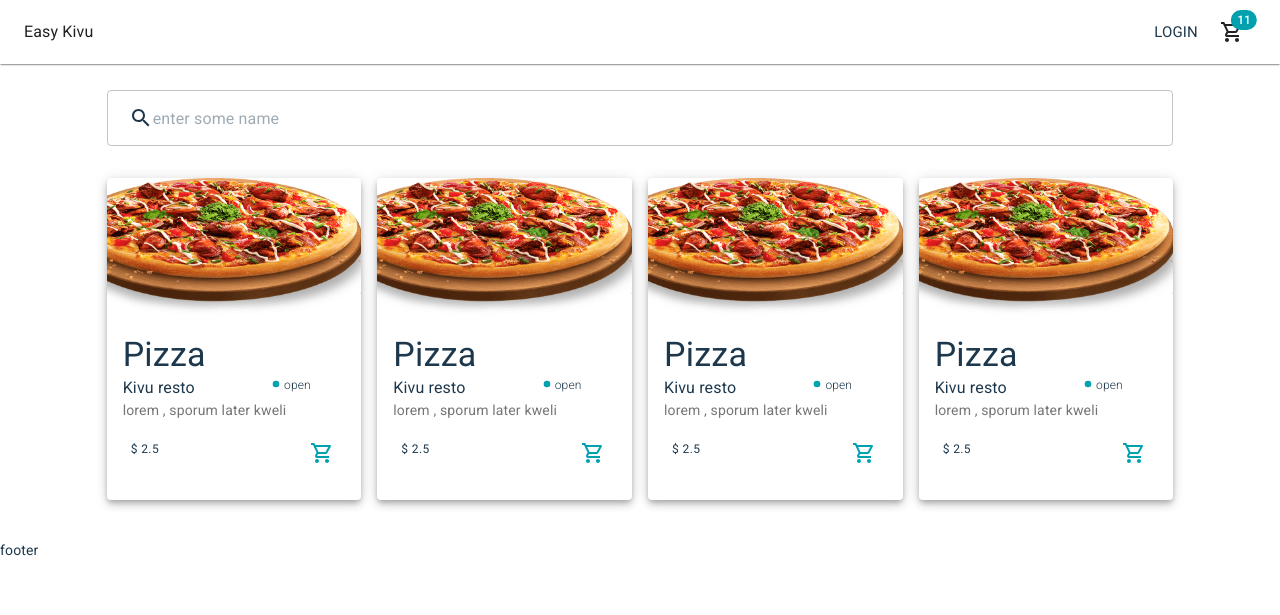
Repository: kilamaelie/jokes-dapp
Page: /
An editor plug-in stored every save of this project. The page is shown before and after the next save, followed by the edit.
The browser window is 1280 px wide. The pictures show the whole page.
The project was rebuilt for these pictures with package versions that can differ from the ones it lists, and the page was loaded fresh each time. Also part of the build but not shown: src/ui/page/dashboard/dashboard.js.

Above is the page before, as saved 2021-06-28 09:34:37.

### src/App.js
import React from 'react'
import {BrowserRouter as Router ,Route} from 'react-router-dom'
import {ThemeProvider } from "@material-ui/core/styles";
import theme from './App_theme/theme'
import CssBaseline from '@material-ui/core/CssBaseline'
import Easy from './ui/page/easy'
import Dashboards from  './ui/page/dashboard/dashboard'



const App =()=>{


  return (
    <ThemeProvider theme={theme}>
      <CssBaseline>
           <Router>
            {/* <Switch> */}
              <Route path= '/' component={Easy}/>
              <Route  path='/dashboard' component={Dashboards}/>
            {/* </Switch> */}
            </Router>

      </CssBaseline>
    </ThemeProvider>
  )
}

export default App

### src/App_theme/theme.js
import {createMuiTheme} from '@material-ui/core/styles'


const theme =createMuiTheme({
    palette:{
        primary:{
          main: '#FFF'
        },
        secondary:{
          main: '#00A1AF'
        },
        background:{
          default:'#FFF'
        },
        text:{
          primary:'#1D384C',
        }

      }
})

export default theme

### src/ui/page/easy.js
import React from '@material-ui/core'
import {BrowserRouter as Router ,Switch,Route} from 'react-router-dom'
import Main from './website/main'
import AppBars from '../widget/appbar'
import Footer from '../widget//footer'


const Easy =()=>{
    return (
        <Router>
             <AppBars/>
                <Switch>
                     <Route path= '/' component={Main}/>
                </Switch>
            <Footer/>
        </Router>
    )
}

export default Easy;

### src/ui/page/website/main.js
import React from 'react'
import {Switch,Route} from 'react-router-dom'
import Home from './screen/home'



const Main =()=>{
    return (
            <Switch>

                <Route exact path= '/' component={Home}/>
            </Switch>
        )
}

export default Main

### src/ui/widget/appbar.js
import React,{useState} from 'react'
import {Grid,AppBar,Toolbar,IconButton,Typography,Button,Dialog,DialogContent,DialogContentText,MenuItem,Menu,Badge} from '@material-ui/core';
// import RestaurantMenuIcon from '@material-ui/icons/RestaurantMenu';
// import AccountCircle from '@material-ui/icons/AccountCircle';
// import NotificationsIcon from '@material-ui/icons/Notifications';
import MoreIcon from '@material-ui/icons/MoreVert';
// import { useTheme} from '@material-ui/core/styles'
// import useMediaQuery from '@material-ui/core/useMediaQuery';
import useStyles from '../style'
import ShoppingCartOutlinedIcon from '@material-ui/icons/ShoppingCartOutlined';




const AppBars =()=>{

  const classes = useStyles();
  const [open, setOpen] = useState(false);
  //const theme = useTheme();
 // const fullScreen = useMediaQuery(theme.breakpoints.down('sm'));

  const handleClickOpen = () => {
    setOpen(true);
  };
  const handleClose = () => {
    setOpen(false);
  };
  // for the app bar

  const [anchorEl, setAnchorEl] = React.useState(null);
  const [mobileMoreAnchorEl, setMobileMoreAnchorEl] = React.useState(null);

  const isMenuOpen = Boolean(anchorEl);
  const isMobileMenuOpen = Boolean(mobileMoreAnchorEl);

  // const handleProfileMenuOpen = (event) => {
  //   setAnchorEl(event.currentTarget);
  // };
  const handleMenuClose = () => {
    setAnchorEl(null);
    handleMobileMenuClose();
  };
  const handleMobileMenuClose = () => {
    setMobileMoreAnchorEl(null);
  };
  const handleMobileMenuOpen = (event) => {
    setMobileMoreAnchorEl(event.currentTarget);
  };
  const handleLogoutAndMenuClose = () =>{
    const logout = localStorage.removeItem('token')
    localStorage.removeItem('id')
    localStorage.removeItem('user')
    setAnchorEl(null);
    handleMobileMenuClose();
    window.location.reload();
    return logout
  }

  const menuId = 'primary-search-account-menu';
  const renderMenu = (
    <Menu
      anchorEl={anchorEl}
      anchorOrigin={{ vertical: 'top', horizontal: 'right' }}
      id={menuId}
      keepMounted
      transformOrigin={{ vertical: 'top', horizontal: 'right' }}
      open={isMenuOpen}
      onClose={handleMenuClose}
    >
      <MenuItem onClick={handleMenuClose}>Profile</MenuItem>
      <MenuItem onClick={handleLogoutAndMenuClose}>Logout</MenuItem>
    </Menu>
  );

  const mobileMenuId = 'primary-search-account-menu-mobile';
  const renderMobileMenu = (
    <Menu
      anchorEl={mobileMoreAnchorEl}
      anchorOrigin={{ vertical: 'top', horizontal: 'right' }}
      id={mobileMenuId}
      keepMounted
      transformOrigin={{ vertical: 'top', horizontal: 'right' }}
      open={isMobileMenuOpen}
      onClose={handleMobileMenuClose}
    >
          {/* <MenuItem>
          <Typography className={classes.typoAppbar}>VENDOR</Typography>
          </MenuItem>
          <MenuItem>
           <Typography className={classes.typoAppbar}>Contact</Typography>
          </MenuItem> */}
          {/* {
            token!=null? <div>
               <MenuItem>
        <IconButton aria-label="show 11 new notifications" color="inherit">
          <Badge badgeContent={11} color="secondary">
            <NotificationsIcon />
          </Badge>
        </IconButton>
        <p>Notifications</p>
      </MenuItem>
      <MenuItem onClick={handleProfileMenuOpen}>
        <IconButton
          aria-label="account of current user"
          aria-controls="primary-search-account-menu"
          aria-haspopup="true"
          color="inherit"
        >
          <AccountCircle />
        </IconButton>
        <p>Profile</p>
      </MenuItem>
            </div>

            :  */}
             <div>
              <MenuItem>
            <Button onClick={handleClickOpen}><Typography className={classes.typoAppbar}>Login</Typography></Button>
                    <Dialog
                        // fullScreen={fullScreen}
                        open={open}
                        onClose={handleClose}
                        aria-labelledby="responsive-dialog-title"
                          >
                            <DialogContent>
                              <DialogContentText>
                                  {/* <Login/> */}
                              </DialogContentText>
                            </DialogContent>
                    </Dialog>
          </MenuItem>
            </div>
          {/* } */}


    </Menu>
  );
  return (
      <Grid container direction='row'>
          {/* <Grid item xs={1} sm={1}></Grid> */}
          <Grid item xs={12} sm={12}>
          <AppBar position="fixed" elevation={1}  >
        <Toolbar>
          {/* <IconButton
            component={Link}
            to='/'
            edge="start"
            className={classes.menuButton}
            color="inherit"
            aria-label="open drawer"
          >
            <RestaurantMenuIcon className={classes.icon} />
          </IconButton> */}
          <Typography className={classes.title}  noWrap>
            Easy Kivu
          </Typography>

          <div className={classes.grow} />
          <div className={classes.sectionDesktop}>
             {/* <Button ><Typography className={classes.typoAppbar}>VENDOR</Typography></Button>
            <Button><Typography className={classes.typoAppbar}>CONTACT</Typography></Button> */}
            {/* {token!=null?
            <div>
            <IconButton aria-label="show 17 new notifications" color="inherit">
              <Badge badgeContent={17} color="secondary">
                <NotificationsIcon  color="secondary"/>
              </Badge>
            </IconButton>
            <IconButton
              edge="end"
              aria-label="account of current user"
              aria-controls={menuId}
              aria-haspopup="true"
              onClick={handleProfileMenuOpen}
              color="inherit"
            >
              <AccountCircle color="secondary" />
            </IconButton>
            </div>
            : */}
            <div>
               <Button onClick={handleClickOpen}><Typography className={classes.typoAppbar}>LOGIN</Typography></Button>
                <Dialog
                    // fullScreen={fullScreen}
                    open={open}
                    onClose={handleClose}
                    aria-labelledby="responsive-dialog-title"
                      >
                        <DialogContent>
                          <DialogContentText>
                          {/* <Login/> */}
                          </DialogContentText>
                        </DialogContent>

                    </Dialog>
            </div>

            {/* } */}

          </div>
          <IconButton aria-label="show 11 new notifications" color="inherit">
          <Badge badgeContent={11} color="secondary">
            <ShoppingCartOutlinedIcon />
          </Badge>
        </IconButton>
          <div className={classes.sectionMobile}>
            <IconButton
              aria-label="show more"
              aria-controls={mobileMenuId}
              aria-haspopup="true"
              onClick={handleMobileMenuOpen}
              color="inherit"
            >
              <MoreIcon className={classes.icon} />
            </IconButton>
          </div>
        </Toolbar>
      </AppBar>
      {renderMobileMenu}
      {renderMenu}
          </Grid>
          {/* <Grid item xs={1} sm={1}></Grid> */}
      </Grid>
  )

}
export default AppBars

### src/ui/widget/footer.js
import React from 'react'
import {Grid} from '@material-ui/core'


const Footer=()=>{
    return (
        <Grid container>
            <Grid item>footer</Grid>
        </Grid>
    )
}


export default Footer;

### src/ui/page/website/screen/home.js
import React from 'react'
import useStyles from '../../../style'
import {Grid,TextField,InputAdornment} from '@material-ui/core'
import SearchIcon from '@material-ui/icons/Search';
import CardItem from '../screen/widget/card'


const Home = () =>{
    const classes =useStyles()

    return (
        <Grid container direction='row' className={classes.margin_40} >
            <Grid item xs={1} sm={1}></Grid>
            <Grid item xs={10} sm={10}  >
               <Grid container spacing={4}  >
                   <Grid item xs={12} sm={12}>
                       <TextField
                        variant='outlined'
                        fullWidth
                        onFocus
                        placeholder="enter some name"
                        InputProps={{
                            startAdornment: (
                              <InputAdornment position="end">
                                <SearchIcon />
                              </InputAdornment>
                            ),
                          }}
                       />
                   </Grid>
                   <Grid item xs={12} sm={12}>
                       <Grid container spacing ={2}>
                           <Grid item xs={12} sm={3}>
                           <CardItem/>
                           </Grid>
                           <Grid item xs={12} sm={3}>
                           <CardItem/>
                           </Grid>
                           <Grid item xs={12} sm={3}>
                           <CardItem/>
                           </Grid>
                           <Grid item xs={12} sm={3}>
                           <CardItem/>
                           </Grid>
                       </Grid>
                   </Grid>
               </Grid>
            </Grid>
            <Grid item xs={1} sm={1}></Grid>
        </Grid>
    )
}

export default Home

### src/ui/style.js
import {makeStyles} from '@material-ui/core/styles'

export default makeStyles((theme)=>({

    app:{
        background:'white',
        //marginTop:10,
        // marginbo

    },

    grow: {
        flexGrow: 1,
      },
      menuButton: {
        marginRight: theme.spacing(4),
      },
      title: {
        display: '',
        color:theme.palette.primary.secondary,
        fontWeight: 400 ,
        [theme.breakpoints.up('sm')]: {
          display: 'block',
          fontWeight: 400
        },
      },

      sectionDesktop: {
        display: 'none',
        [theme.breakpoints.up('md')]: {
          display: 'flex',
        },
      },
      sectionMobile: {
        display: 'flex',
        [theme.breakpoints.up('md')]: {
          display: 'none',
        },
      },
    icon:{
        color:theme.palette.primary.secondary,
    },
    typoAppbar:{
      color:theme.palette.primary.secondary,
      fontSize: 15,
      fontWeight:400
    },
    homeAppbar:{
      marginTop:40,
      backgroundColor:theme.palette.primary.secondary,
      height:80,
      borderRadius:"10px"
    },
    margin_40:{
      marginTop: 90,
      marginBottom:40
    }

}))

### src/ui/page/website/screen/widget/card.js
import React from 'react'
import {Grid,Typography,IconButton} from '@material-ui/core'
import Card from '@material-ui/core/Card';
// import CardActionArea from '@material-ui/core/CardActionArea';
import CardActions from '@material-ui/core/CardActions';
import CardContent from '@material-ui/core/CardContent';
import CardMedia from '@material-ui/core/CardMedia';
// import Button from '@material-ui/core/Button';
import Pizza from '../../../../../assets/pizza.png'
import ShoppingCartOutlinedIcon from '@material-ui/icons/ShoppingCartOutlined';
import FiberManualRecordIcon from '@material-ui/icons/FiberManualRecord';

const CardItem =()=>{
    return (
        <Card elevation={5} >
        {/* <CardActionArea> */}
          <CardMedia
            style={{height:140}}
            image={Pizza}
            // title={imagetitle}
          />
          <CardContent>
            <Typography  variant='h4' component="h2" >
              Pizza
            </Typography>
            <Grid container>
              <Grid item xs={8} sm={8}>
              <Typography   component="h2" >
              Kivu resto
            </Typography>
              </Grid>
             < Grid item xs={4} sm={4}>
              <Typography style={{fontWeight:300,fontSize:12}}>
             <FiberManualRecordIcon color='secondary' style={{fontSize:10}}/> open
            </Typography>
              </Grid>
            </Grid>

            <Typography variant="body2" color="textSecondary" style={{height:30}}>
             lorem , sporum later kweli
            </Typography>

        {/* </CardActionArea> */}
        <CardActions>
          <Grid container>
            <Grid item sm={6} md={6} xs={6} justify="center">
              <Typography variant="caption">
                $ 2.5
              </Typography>
            </Grid>
            <Grid item md={6} xs={6}>
              <Grid container direction="column" justify="center" alignItems="flex-end">
              <IconButton size="small" color="secondary" >
                <ShoppingCartOutlinedIcon/>
              </IconButton>
              </Grid>
            </Grid>
          </Grid>

        </CardActions>
        </CardContent>
      </Card>
    )
}


export default CardItem;

Loaded but not shown: public/index.html (common file); src/index.js (common file); src/index.css (common file); src/reportWebVitals.js (common file)

After the next save:
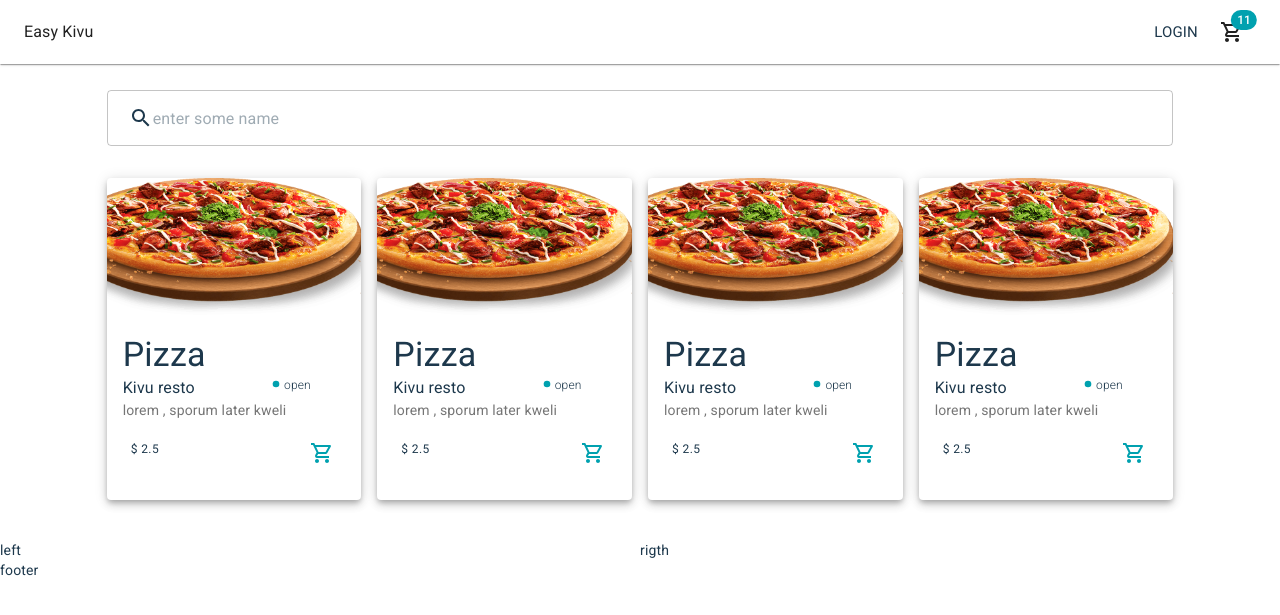
Saved 2 min 45 s later.
--- a/src/ui/widget/footer.js
+++ b/src/ui/widget/footer.js
@@ -5,7 +5,13 @@ import {Grid} from '@material-ui/core'
 const Footer=()=>{
     return (
         <Grid container>
-            <Grid item>footer</Grid>
+            <Grid item xs={12} sm={12} md={12} lg={12} xl={12}>
+                <Grid container>
+                    <Grid item xs={6} sm={6} md={6} lg={6} xl={6}>left</Grid>
+                    <Grid item xs={6} sm={6} md={6} lg={6} xl={6}>rigth</Grid>
+                </Grid>
+            </Grid>
+            <Grid item xs={12} sm={12} md={12} lg={12} xl={12}>footer</Grid>
         </Grid>
     )
 }
